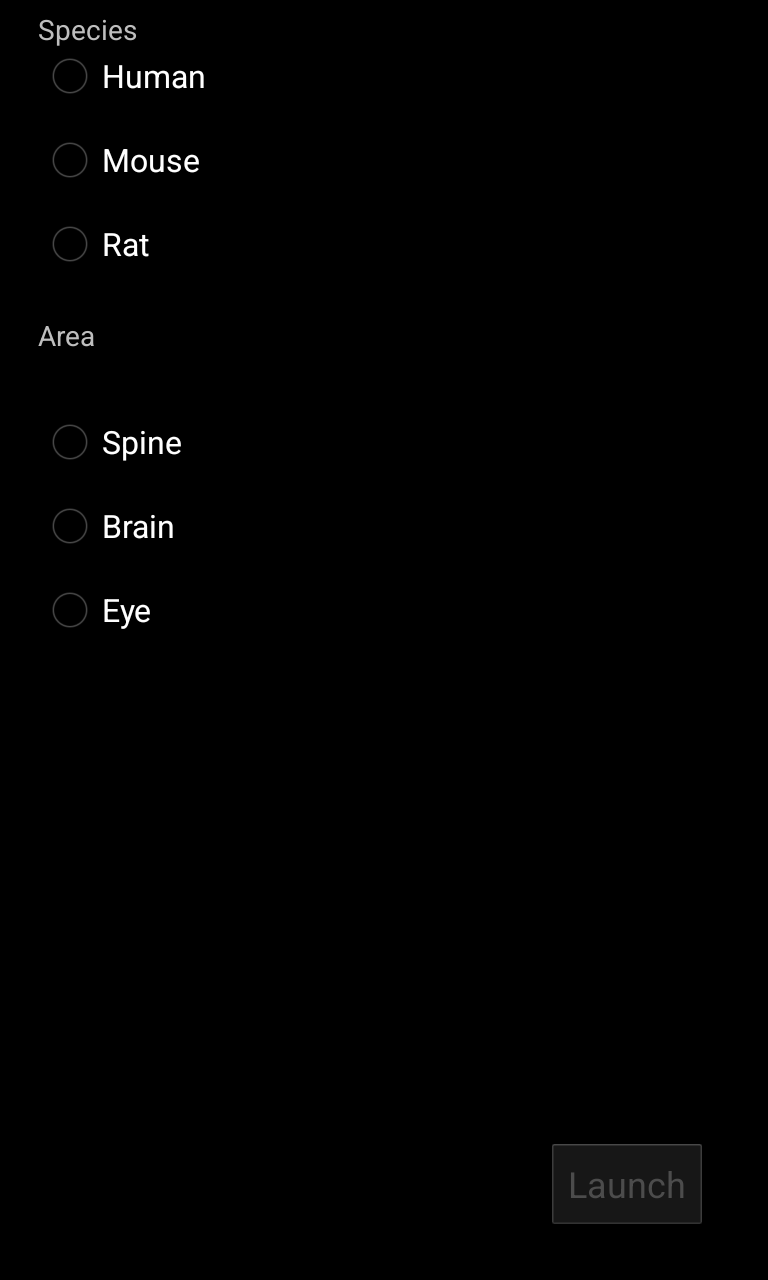
Repository: Ekarg/CSCE315Project3
Layout: Project3/res/layout/activity_main.xml
The author's editor kept a copy of each file at every save. The layout is drawn from the files as they stood at one save, then again after the next save.
It is drawn on a 768 x 1280 px phone screen (xhdpi) without system bars, with theme android:Theme.Holo; the app's code is not run.

Above is the layout before, as saved 2013-11-27 20:19:12.

After the next save:
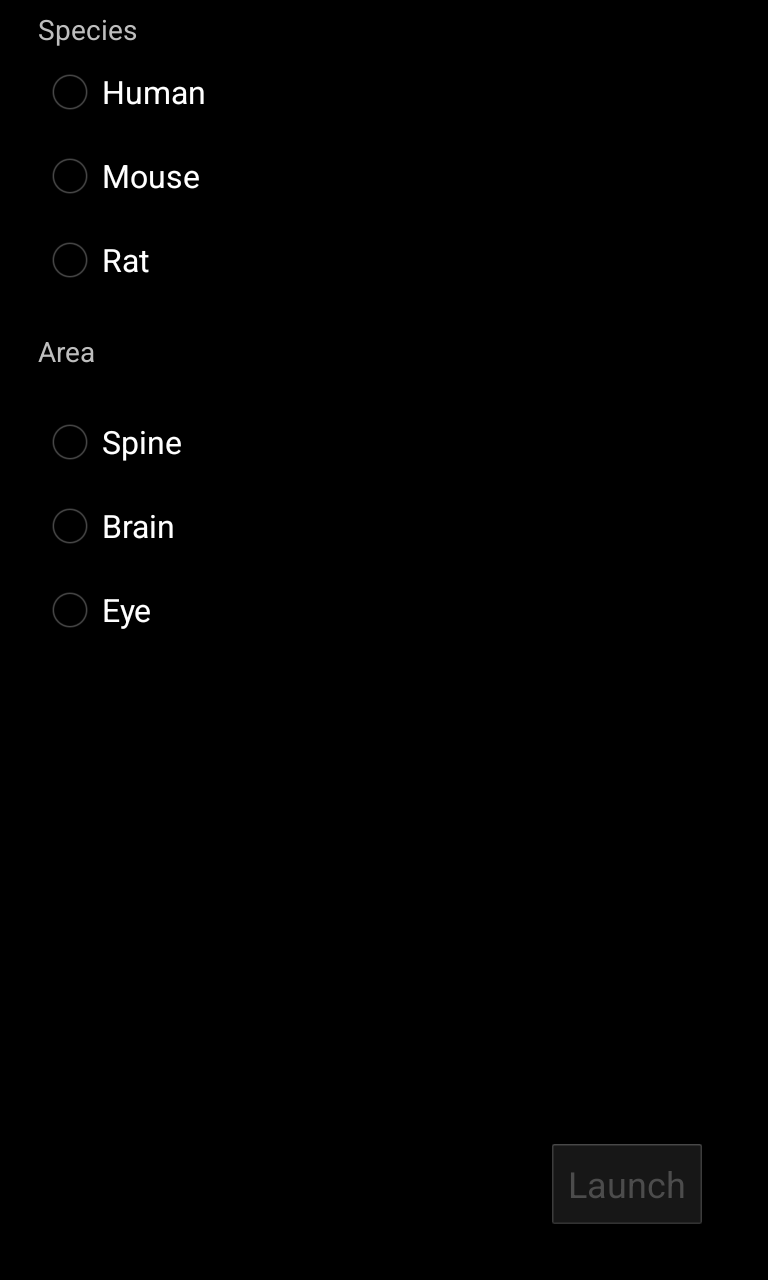
Saved 66 s later.
--- a/Project3/res/layout/activity_main.xml
+++ b/Project3/res/layout/activity_main.xml
@@ -42,7 +42,7 @@
             android:layout_height="wrap_content"
             android:layout_marginLeft="14dp"
             android:checked = "false"
-            android:layout_marginTop="17dp"
+            android:layout_marginTop="25dp"
             android:text="@string/human"
             android:onClick="onRadioButtonClicked"/>
 
